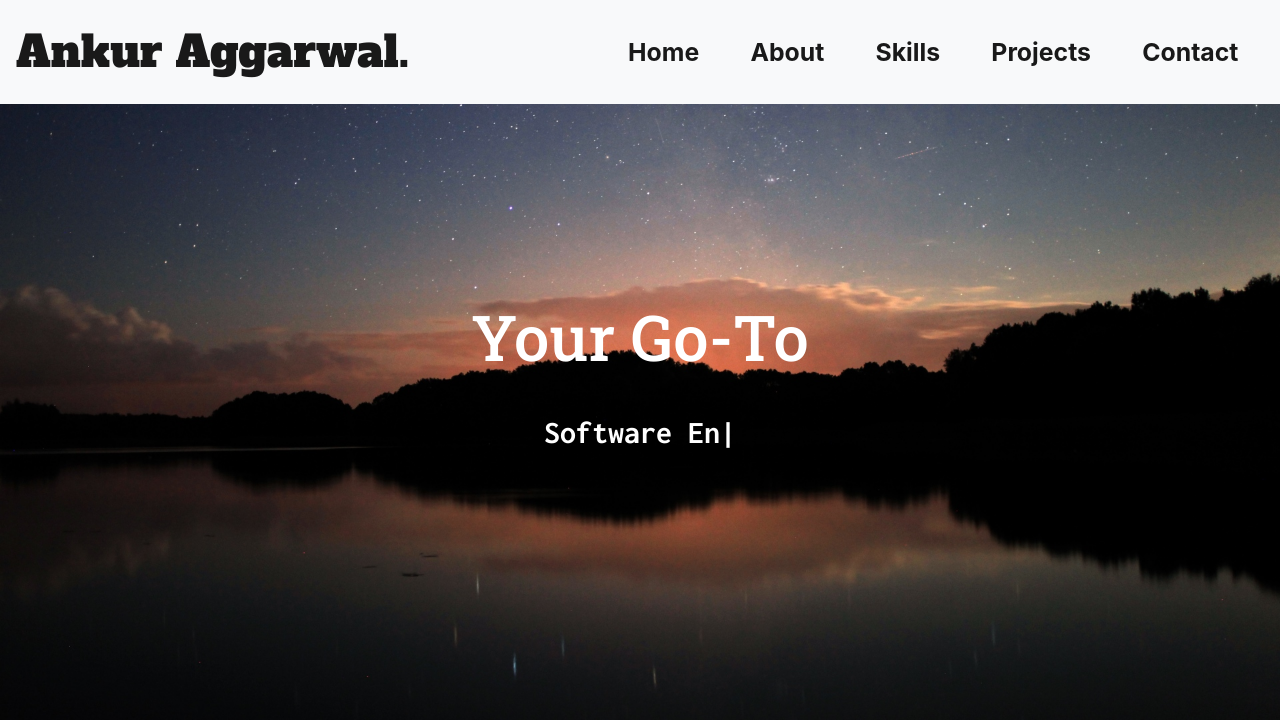
Repository: AnkurDevv/PersonalWebsite
Page: index.html
An editor plug-in stored every save of this project. The page is shown before and after the next save, followed by the edit.
The browser window is 1280 px wide. The pictures show the whole page.
Some web fonts or font styles are not loaded; a fallback is used.

Above is the page before, as saved 2020-09-13 14:07:17.

After the next save:
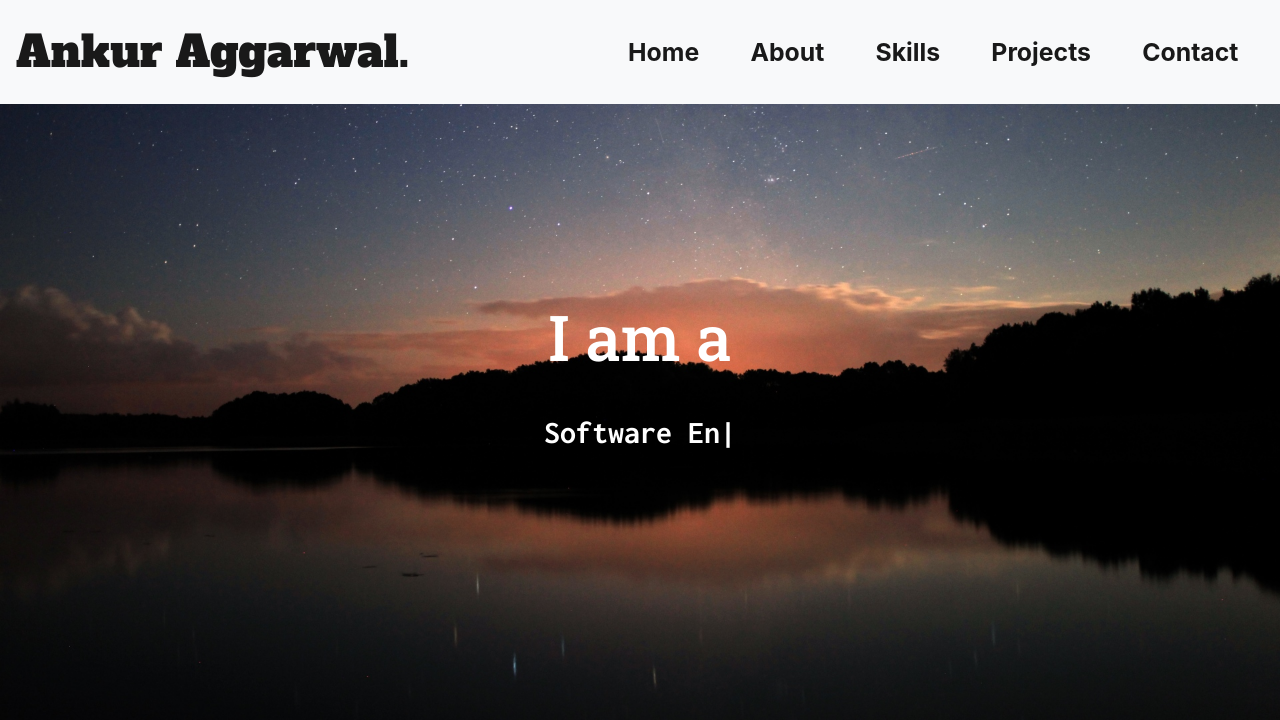
Saved 25 s later.
--- a/index.html
+++ b/index.html
@@ -64,7 +64,7 @@
     <!-- FIRST IMPRESSION SECTION - START -->
     <section class="first-impression-section">
       <div class="row first-impression-row">
-        <h1 class="text-center animated fadeInDown" id="MainNameHeading">Your Go-To</h1>
+        <h1 class="text-center animated fadeInDown" id="MainNameHeading">I am a</h1>
       </div>
       <div class="row">
         <h3 id="MainSubHeading">
